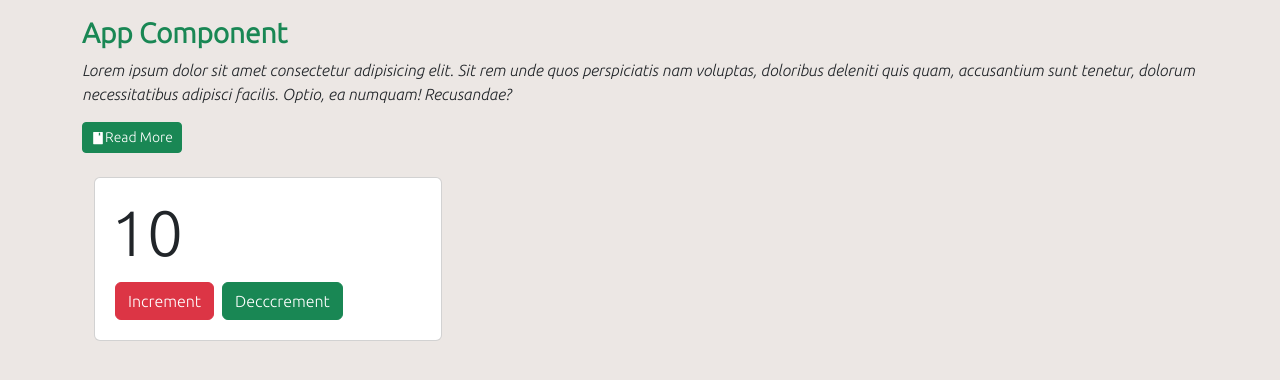
Repository: OmniaRafat232111121/employee_List
Page: /
The author's editor kept a copy of each file at every save. The page is drawn from the files as they stood at one save, then again after a run of saves.
The browser window is 1280 px wide. The pictures show the whole page.
The project was rebuilt for these pictures with package versions that can differ from the ones it lists, and the page was loaded fresh each time.

Above is the page before, as saved 2022-09-09 13:18:45.

After the next 37 saves:
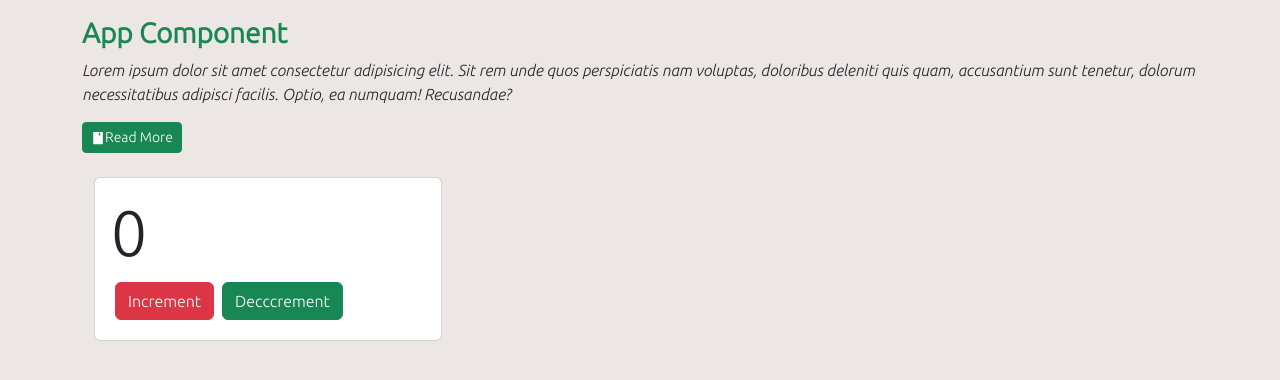
The 37 saves are shown as one change because 1 did not build or start and some came seconds apart.
The last was saved 3 min 23 s later.
--- a/src/components/Counter.tsx
+++ b/src/components/Counter.tsx
@@ -9,8 +9,13 @@ interface IState {
 }
 const Counter: React.FC<IProps> = (props) => {
  let [state,setState]=useState<IState>({
-    count:10
- })
+    count:0
+ });
+ let increment=()=>{
+    setState({
+        count:state.count+1
+    });
+ }
     return (
    <React.Fragment>
      <div className="container">
